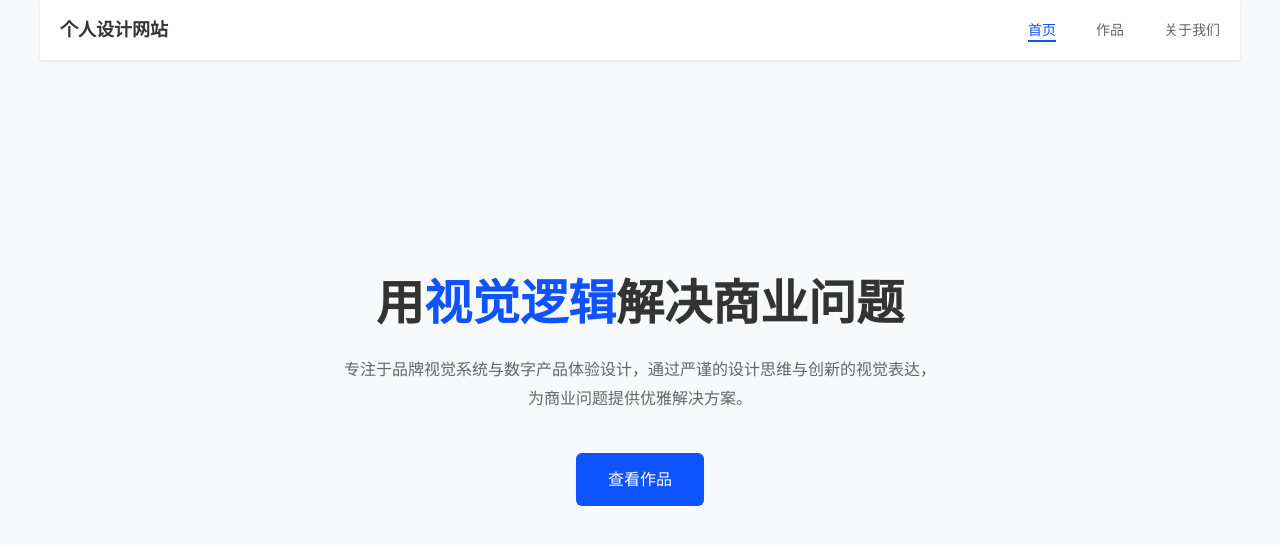
Repository: Nanzhexi/zhexi.github.io
Page: index.html
These files come from the project's save history. The page is drawn as it stood at one moment and after the next save; the edit follows.
The browser window is 1280 px wide. The pictures show the whole page.

Above is the page before, as saved 2025-07-03 03:12:54.

After the next save:
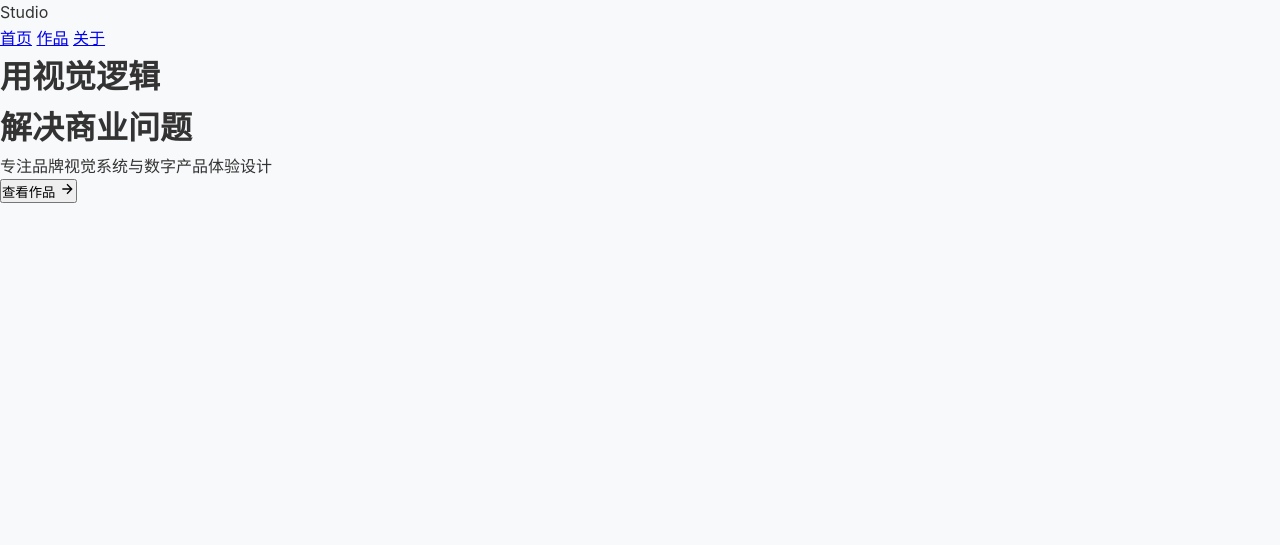
Saved 3 min 31 s later.
--- a/index.html
+++ b/index.html
@@ -1,33 +1,41 @@
 <!DOCTYPE html>
-<html lang="en">
-
+<html lang="zh-CN">
 <head>
     <meta charset="UTF-8">
     <meta name="viewport" content="width=device-width, initial-scale=1.0">
-    <title>个人设计网站</title>
+    <title>设计工作室</title>
     <link rel="stylesheet" href="./css/index.css">
+    <link rel="preconnect" href="https://fonts.googleapis.com">
+    <link rel="preconnect" href="https://fonts.gstatic.com" crossorigin>
+    <link href="https://fonts.googleapis.com/css2?family=Inter:wght@300;400;500;600;700&display=swap" rel="stylesheet">
 </head>
 
 <body>
-    <div id="app">
-        <header>
-            <div class="head_left">个人设计网站</div>
-            <div class="head_nav">
-                <ul>
-                    <li><a href="./index.html" style="border-bottom: 2px solid #0F53FF; color: #0F53FF;">首页</a></li>
-                    <li><a href="./production.html">作品</a></li>
-                    <li><a href="./about.html">关于我们</a></li>
-                </ul>
-            </div>
-        </header>
-        <section class="zuopin">
-            <div class="zuop_box">
-                <h1>用<span style="color:#0F53FF">视觉逻辑</span>解决商业问题</h1>
-                <p>专注于品牌视觉系统与数字产品体验设计，通过严谨的设计思维与创新的视觉表达，为商业问题提供优雅解决方案。</p>
-                <div class="zuop_button">查看作品</div>
-            </div>
-        </section>
-    </div>
+    <nav class="navbar">
+        <div class="nav-brand">Studio</div>
+        <div class="nav-links">
+            <a href="#" class="nav-link active">首页</a>
+            <a href="#" class="nav-link">作品</a>
+            <a href="#" class="nav-link">关于</a>
+        </div>
+    </nav>
+
+    <main class="hero">
+        <div class="hero-content">
+            <h1 class="hero-title">
+                用<span class="highlight">视觉逻辑</span><br>
+                解决商业问题
+            </h1>
+            <p class="hero-subtitle">
+                专注品牌视觉系统与数字产品体验设计
+            </p>
+            <button class="cta-button">
+                查看作品
+                <svg width="16" height="16" viewBox="0 0 24 24" fill="none" stroke="currentColor" stroke-width="2">
+                    <path d="M5 12h14M12 5l7 7-7 7"/>
+                </svg>
+            </button>
+        </div>
+    </main>
 </body>
-
 </html>
